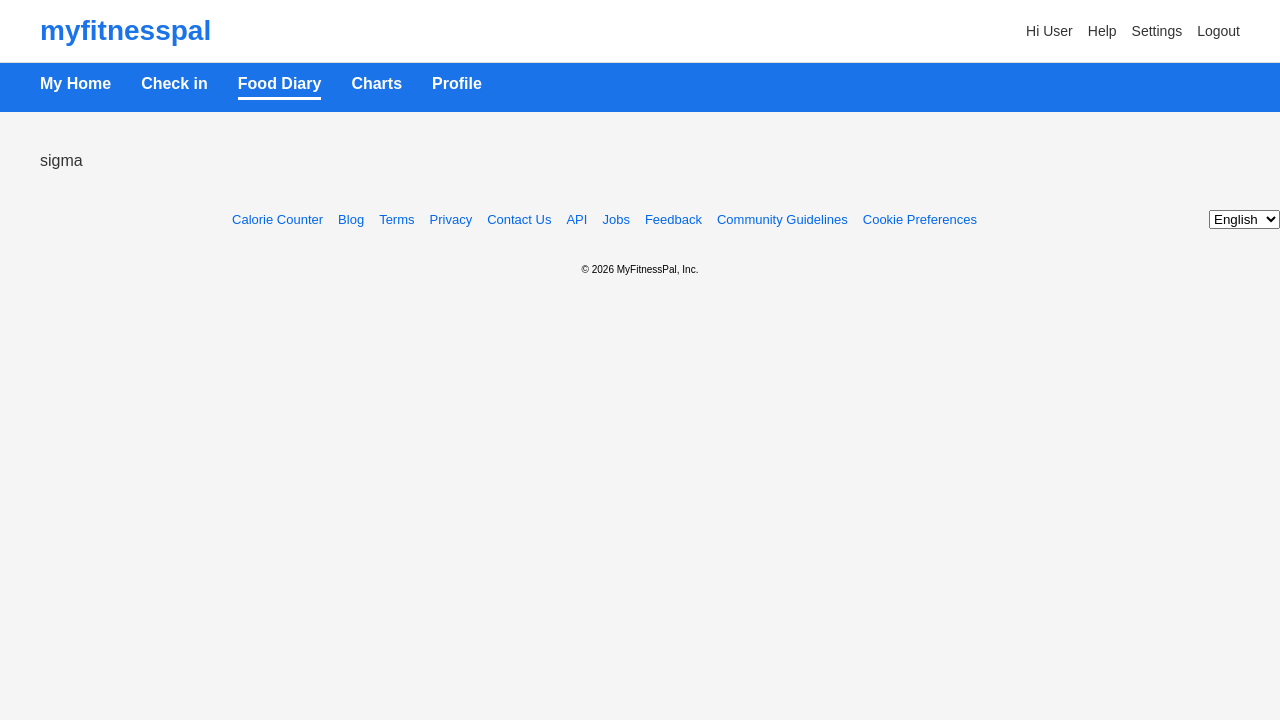
Repository: kem85/Web-Project
Page: Food-Diary.html
The author's editor kept a copy of each file at every save. The page is drawn from the files as they stood at one save, then again after the next save.
The browser window is 1280 px wide. The pictures show the whole page.

Above is the page before, as saved 2026-03-11 14:54:43.

### Food-Diary.html
<!doctype html>
<html lang="en">
  <head>
    <meta charset="UTF-8" />
    <title>Fitness Tracker VY</title>

    <link rel="stylesheet" href="style.css" />
  </head>

  <body>
    <!-- HEADER -->

    <header class="header">
      <div class="logo">
        <h1><a href="index.html">myfitnesspal</a></h1>
      </div>

      <div class="user-section">
        <span>Hi <span id="username">User</span></span>

        <a href="#">Help</a>
        <a href="#">Settings</a>
        <a href="#">Logout</a>
      </div>
    </header>

    <!-- NAVBAR -->

    <nav class="navbar">
      <ul>
        <li><a href="index.html">My Home</a></li>
        <li><a href="Check-In.html">Check in</a></li>
        <li class="active"><a href="Food-Diary.html">Food Diary</a></li>
        <li>Charts</li>
        <li>Profile</li>
      </ul>
    </nav>


    <main class="dashboard">
      sigma
    </main>

    <script src="script.js"></script>

    <footer class="main-footer">
      <div class="footer-container">
        <nav class="footer-links">
          <a href="#">Calorie Counter</a>
          <a href="#">Blog</a>
          <a href="#">Terms</a>
          <a href="#">Privacy</a>
          <a href="#">Contact Us</a>
          <a href="#">API</a>
          <a href="#">Jobs</a>
          <a href="#">Feedback</a>
          <a href="#">Community Guidelines</a>
          <a href="#">Cookie Preferences</a>
        </nav>

        <div class="footer-lang">
          <select>
            <option>English</option>
            <option>Español</option>
          </select>
        </div>
      </div>
      <div class="footer-copyright">© 2026 MyFitnessPal, Inc.</div>
    </footer>
  </body>
</html>

### style.css
/* =======================
   GENERAL STYLES
======================= */

body{
font-family: Arial, sans-serif;
margin:0;
background:#f5f5f5;
color:#333;
}

a{
text-decoration:none;
color:inherit;
}


/* =======================
   HEADER
======================= */

.header{
display:flex;
justify-content:space-between;
align-items:center;
padding:15px 40px;
background:white;
border-bottom:1px solid #ddd;
}

.logo h1{
color:#1a73e8;
margin:0;
font-size:28px;
}

.logo a{
text-decoration:none;
color:#1a73e8;
cursor:pointer;
}

.logo a:hover{
opacity:0.8;
}

.user-section{
display:flex;
align-items:center;
gap:15px;
font-size:14px;
}



/* =======================
   NAVBAR
======================= */

.navbar{
background:#1a73e8;
padding:12px 40px;
}

.navbar ul{
display:flex;
gap:30px;
list-style:none;
margin:0;
padding:0;
}

.navbar li{
color:white;
font-weight:bold;
cursor:pointer;
}

.navbar li:hover{
opacity:0.8;
}


/* navbar links */

.navbar a{
color:white;
text-decoration:none;
}

/* hover effect */

.navbar li:hover{
opacity:0.8;
cursor:pointer;
}

/* active page */

.navbar .active{
border-bottom:3px solid white;
padding-bottom:4px;
}


/* =======================
   PAGE TITLE
======================= */



.user-img{
width:50px;
height:50px;
border-radius:50%;
}

.dashboard{
display:flex;
gap:40px;
padding:40px;
}


/*Footer*/
.main-footer {
    height:100%;
    width: 100%;
}
.footer-container {
    display: flex;
    align-items: center;
    width: 100%;
}

.footer-links {
    flex: 1;
    display: flex;
    flex-wrap: wrap;
    justify-content: center;
    gap: 15px;

}

.footer-links a {
    color: #0066ee;
    text-decoration: none;
    font-size: 13px;
}

.footer-links a:hover {
    opacity: 0.8;
}
.footer-copyright {
    text-align: center;
    color: black;
    font-size: 10px;
    margin-top: 35px;
}
.footer-lang {
    margin-left: auto;
}

Loaded but not shown: index/script.js (no copy from this time; the picture is the same without it)

After the next save:
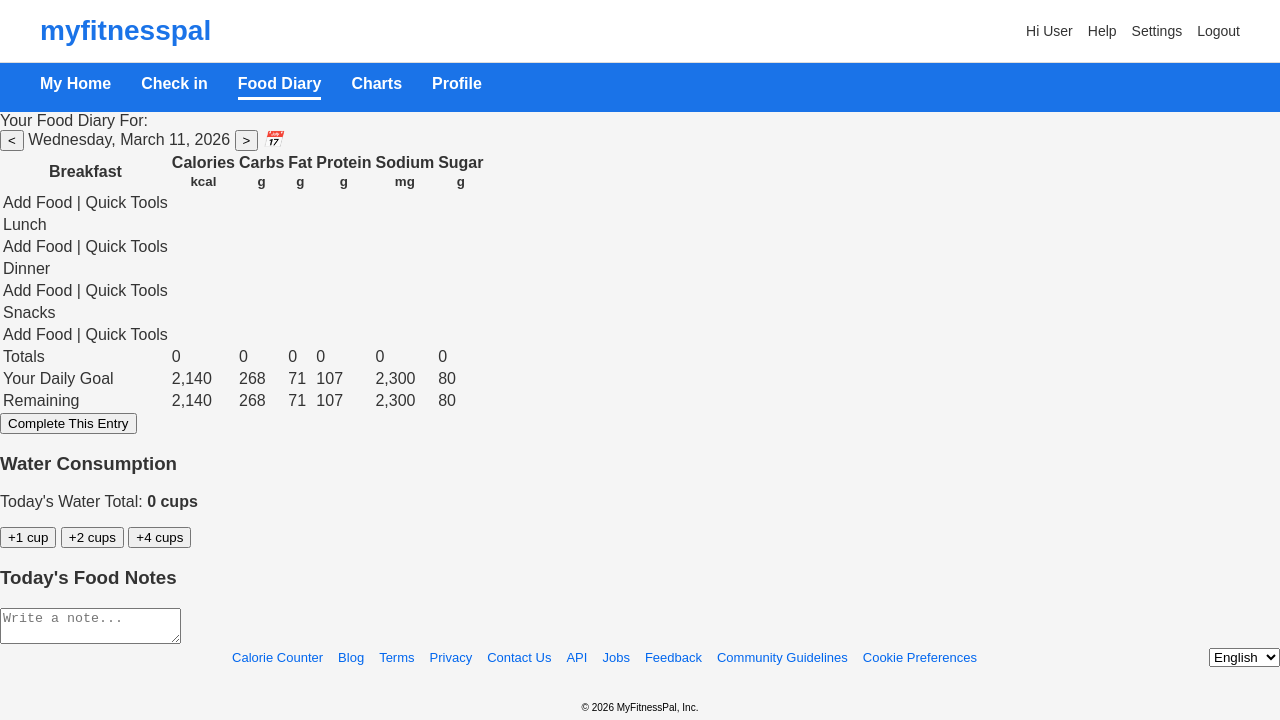
Saved 3 min 12 s later.
--- a/Food-Diary.html
+++ b/Food-Diary.html
@@ -37,8 +37,98 @@
     </nav>
 
 
-    <main class="dashboard">
-      sigma
+<main class="diary-container">
+
+        <header class="diary-header">
+            <span>Your Food Diary For:</span>
+            <div class="date-controls">
+                <button>&lt;</button>
+                <span class="current-date">Wednesday, March 11, 2026</span>
+                <button>&gt;</button>
+                <i class="calendar-icon">📅</i>
+            </div>
+        </header>
+
+        <table class="food-table">
+            <thead>
+                <tr>
+                    <th class="meal-col">Breakfast</th>
+                    <th>Calories <br> <small>kcal</small></th>
+                    <th>Carbs <br> <small>g</small></th>
+                    <th>Fat <br> <small>g</small></th>
+                    <th>Protein <br> <small>g</small></th>
+                    <th>Sodium <br> <small>mg</small></th>
+                    <th>Sugar <br> <small>g</small></th>
+                </tr>
+            </thead>
+
+            <tbody>
+                <tr class="action-row">
+                    <td><a href="#">Add Food</a> | <a href="#">Quick Tools</a></td>
+                    <td></td><td></td><td></td><td></td><td></td><td></td>
+                </tr>
+
+                <tr class="section-header">
+                    <td colspan="7">Lunch</td>
+                </tr>
+                <tr class="action-row">
+                    <td><a href="#">Add Food</a> | <a href="#">Quick Tools</a></td>
+                    <td></td><td></td><td></td><td></td><td></td><td></td>
+                </tr>
+
+                <tr class="section-header">
+                    <td colspan="7">Dinner</td>
+                </tr>
+                <tr class="action-row">
+                    <td><a href="#">Add Food</a> | <a href="#">Quick Tools</a></td>
+                    <td></td><td></td><td></td><td></td><td></td><td></td>
+                </tr>
+
+                <tr class="section-header">
+                    <td colspan="7">Snacks</td>
+                </tr>
+                <tr class="action-row">
+                    <td><a href="#">Add Food</a> | <a href="#">Quick Tools</a></td>
+                    <td></td><td></td><td></td><td></td><td></td><td></td>
+                </tr>
+            </tbody>
+
+            <tfoot>
+                <tr class="totals-row">
+                    <td class="label">Totals</td>
+                    <td>0</td><td>0</td><td>0</td><td>0</td><td>0</td><td>0</td>
+                </tr>
+                <tr class="goal-row">
+                    <td class="label">Your Daily Goal</td>
+                    <td>2,140</td><td>268</td><td>71</td><td>107</td><td>2,300</td><td>80</td>
+                </tr>
+                <tr class="remaining-row">
+                    <td class="label">Remaining</td>
+                    <td class="positive">2,140</td><td class="positive">268</td><td class="positive">71</td><td class="positive">107</td><td class="positive">2,300</td><td class="positive">80</td>
+                </tr>
+            </tfoot>
+        </table>
+
+        <div class="complete-entry">
+            <button class="btn-complete">Complete This Entry</button>
+        </div>
+
+        <section class="diary-widgets">
+            <div class="water-consumption">
+                <h3>Water Consumption</h3>
+                <p>Today's Water Total: <strong>0 cups</strong></p>
+                <div class="water-graphic">  </div>
+                <div class="quick-add">
+                    <button>+1 cup</button> <button>+2 cups</button> <button>+4 cups</button>
+                </div>
+            </div>
+
+            <div class="food-notes">
+                <h3>Today's Food Notes</h3>
+                <textarea placeholder="Write a note..."></textarea>
+            </div>
+        </section>
+
     </main>
 
     <script src="script.js"></script>
